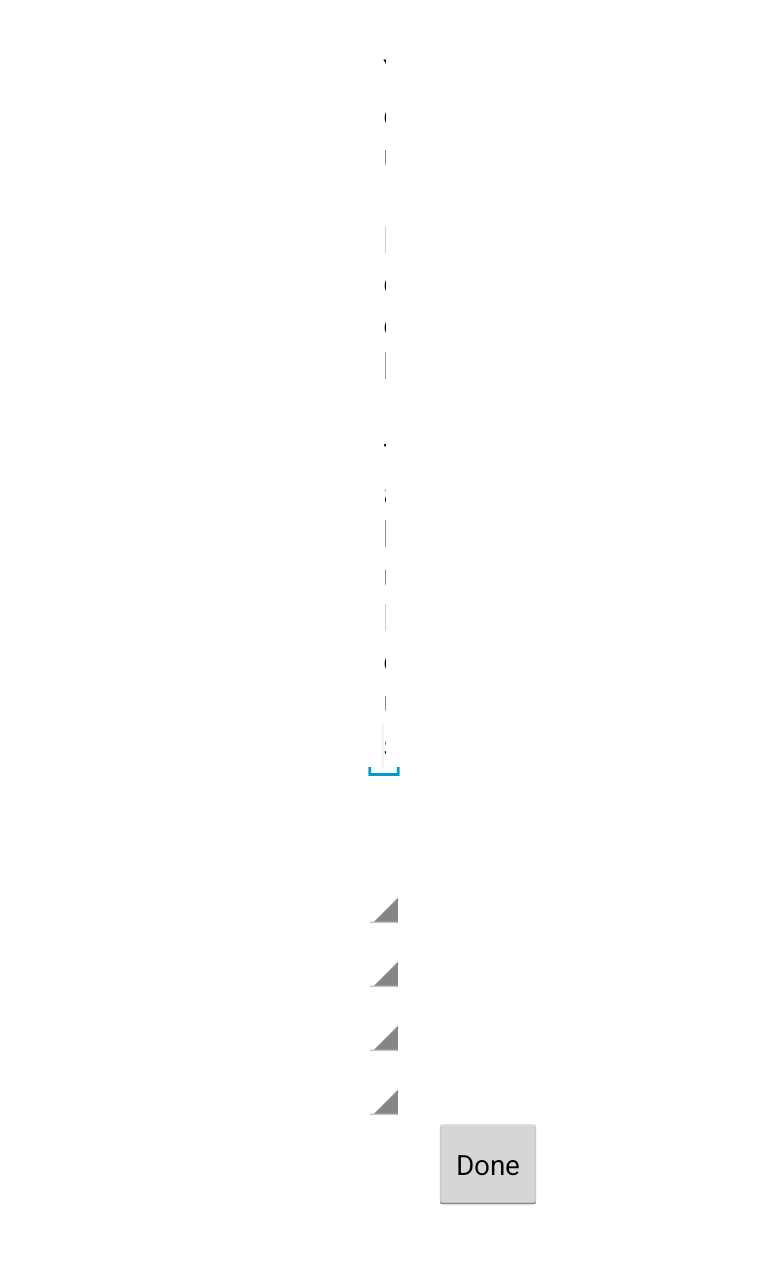
Repository: rtyanas/MyPics
Layout: workspace/MyPic/res/layout/activity_settings.xml
The author's editor kept a copy of each file at every save. The layout is drawn from the files as they stood at one save, then again after the next save.
It is drawn on a 768 x 1280 px phone screen (xhdpi) without system bars, with theme AppTheme; the app's code is not run.

Above is the layout before, as saved 2013-12-16 22:53:51.

### workspace/MyPic/res/layout/activity_settings.xml
<RelativeLayout xmlns:android="http://schemas.android.com/apk/res/android"
    xmlns:tools="http://schemas.android.com/tools"
    android:id="@+id/message"
    android:layout_width="match_parent"
    android:layout_height="match_parent"
    android:paddingBottom="@dimen/activity_vertical_margin"
    android:paddingLeft="@dimen/activity_horizontal_margin"
    android:paddingRight="@dimen/activity_horizontal_margin"
    android:paddingTop="@dimen/activity_vertical_margin"
    tools:context=".SettingsActivity" >

    <Spinner
        android:id="@+id/rotate"
        android:layout_width="wrap_content"
        android:layout_height="wrap_content"
        android:layout_alignLeft="@+id/color"
        android:layout_below="@+id/color" />

    <Spinner
        android:id="@+id/color"
        android:layout_width="wrap_content"
        android:layout_height="wrap_content"
        android:layout_alignLeft="@+id/style"
        android:layout_below="@+id/style" />

    <Spinner
        android:id="@+id/style"
        android:layout_width="wrap_content"
        android:layout_height="wrap_content"
        android:layout_alignLeft="@+id/font"
        android:layout_below="@+id/font" />

    <EditText
        android:id="@+id/editText1"
        android:layout_width="wrap_content"
        android:layout_height="wrap_content"
        android:layout_alignLeft="@+id/font"
        android:layout_alignParentTop="true"
        android:layout_alignRight="@+id/font"
        android:ems="10"
        android:text="@string/fabulous" >

        <requestFocus />
    </EditText>

    <Spinner
        android:id="@+id/font"
        android:layout_width="wrap_content"
        android:layout_height="wrap_content"
        android:layout_below="@+id/editText1"
        android:layout_centerHorizontal="true"
        android:layout_marginTop="42dp" />

    <Button
        android:id="@+id/done"
        style="?android:attr/buttonStyleSmall"
        android:layout_width="wrap_content"
        android:layout_height="wrap_content"
        android:layout_alignLeft="@+id/rotate"
        android:layout_alignParentBottom="true"
        android:layout_marginBottom="18dp"
        android:layout_marginLeft="35dp"
        android:text="@string/done" />

</RelativeLayout>

### workspace/MyPic/res/values/strings.xml
<?xml version="1.0" encoding="utf-8"?>
<resources>

    <string name="app_name">MyPic</string>
    <string name="action_settings">Settings</string>
    <string name="hello_world">Hello world!</string>
    <string name="fabulous">You look fabulous</string>
    <string name="my_pic_image">myPic Image</string>
    <string name="get_image">Get Image</string>
    <string name="title_activity_get_image">GetImageActivity</string>
    <string name="title_activity_settings">SettingsActivity</string>
    <string name="init_text">You are fabulous</string>
    <string name="done">Done</string>

</resources>

Loaded but not shown: workspace/MyPic/res/values/styles.xml (common file); workspace/MyPic/res/values-v11/styles.xml (common file); workspace/MyPic/res/values-v14/styles.xml (common file); workspace/MyPic/res/values/dimens.xml (common file)

After the next save:
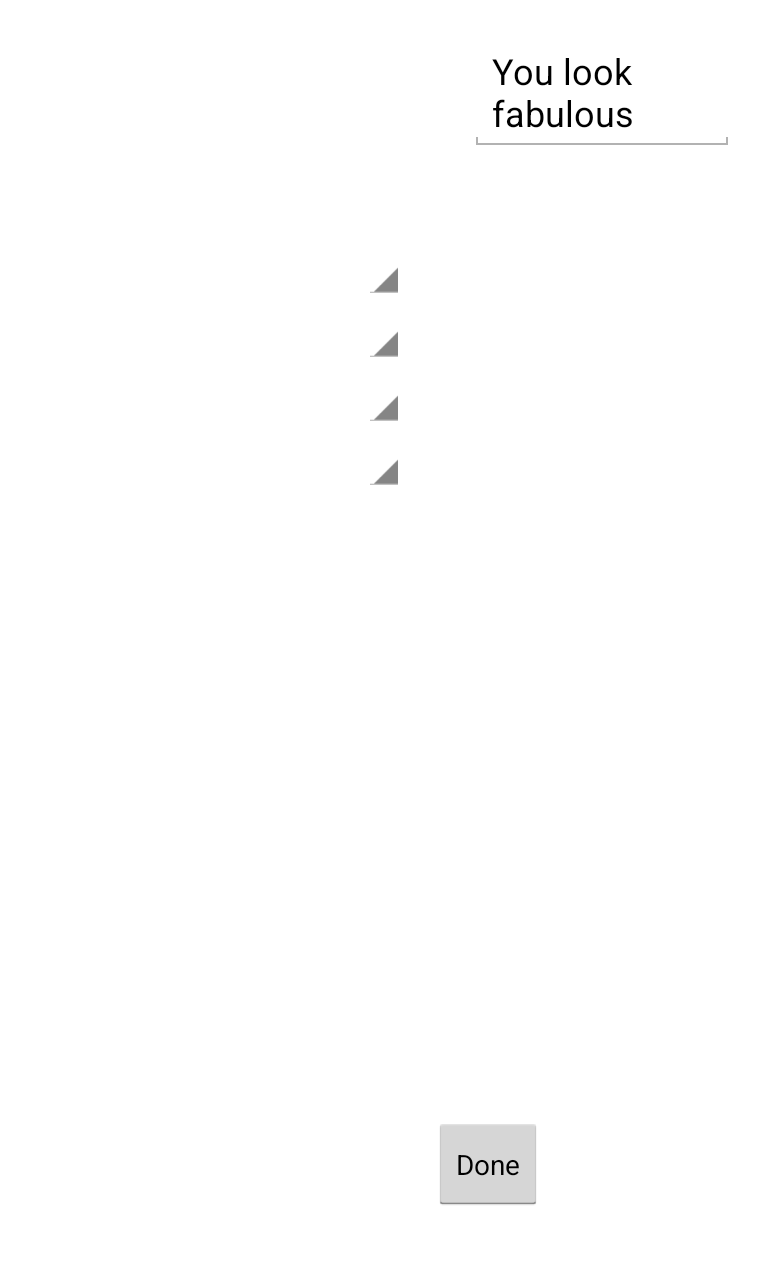
Saved 3 min 37 s later.
--- a/workspace/MyPic/res/layout/activity_settings.xml
+++ b/workspace/MyPic/res/layout/activity_settings.xml
@@ -30,19 +30,6 @@
         android:layout_alignLeft="@+id/font"
         android:layout_below="@+id/font" />
 
-    <EditText
-        android:id="@+id/editText1"
-        android:layout_width="wrap_content"
-        android:layout_height="wrap_content"
-        android:layout_alignLeft="@+id/font"
-        android:layout_alignParentTop="true"
-        android:layout_alignRight="@+id/font"
-        android:ems="10"
-        android:text="@string/fabulous" >
-
-        <requestFocus />
-    </EditText>
-
     <Spinner
         android:id="@+id/font"
         android:layout_width="wrap_content"
@@ -62,4 +49,14 @@
         android:layout_marginLeft="35dp"
         android:text="@string/done" />
 
+    <EditText
+        android:id="@+id/editText1"
+        android:layout_width="wrap_content"
+        android:layout_height="wrap_content"
+        android:layout_alignLeft="@+id/done"
+        android:layout_alignParentTop="true"
+        android:layout_marginLeft="18dp"
+        android:ems="10"
+        android:text="@string/fabulous" />
+
 </RelativeLayout>
